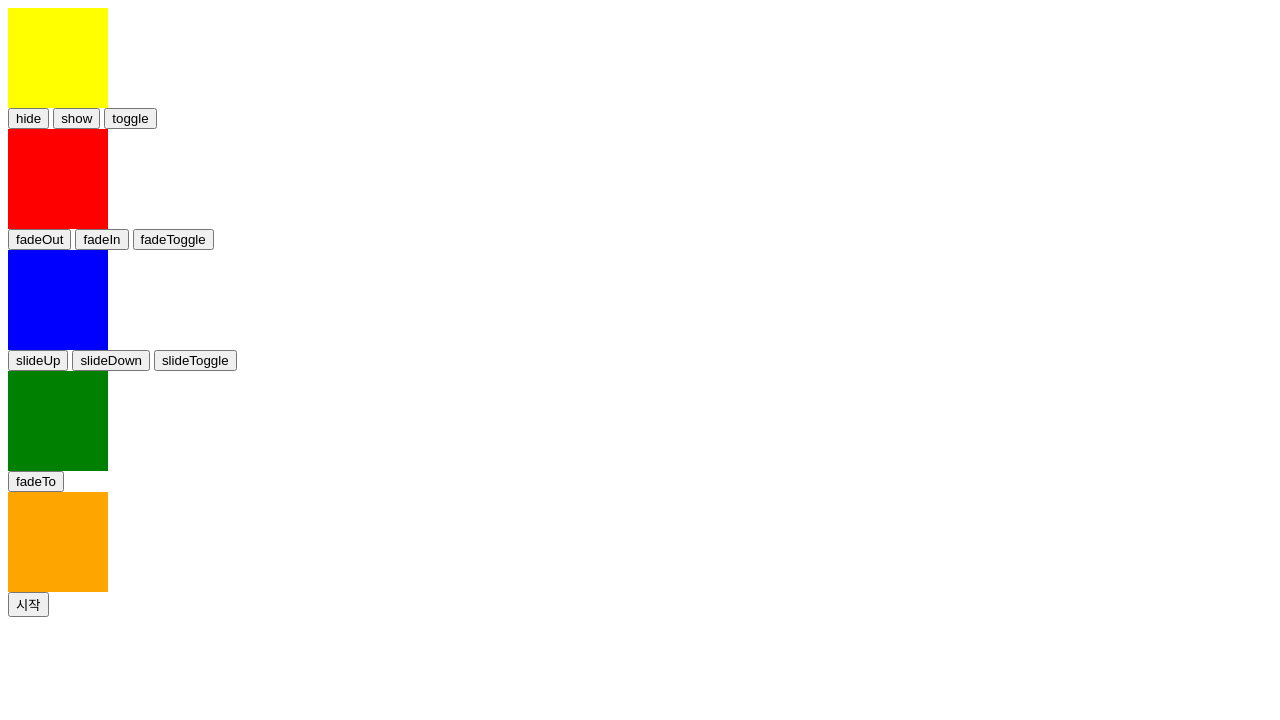
Repository: mjh1583/Hustar03_eGov
Page: http://localhost/JavaScript/js011.jsp
The author's editor kept a copy of each file at every save. The page is drawn from the files as they stood at one save, then again after the next save.
The browser window is 1280 px wide. The pictures show the whole page.
The page is served by Tomcat 9.

Above is the page before, as saved 2021-05-07 01:31:10.

### workspace/JavaScript/src/main/webapp/js011.jsp
<%@ page language="java" contentType="text/html; charset=UTF-8"
    pageEncoding="UTF-8"%>
<!DOCTYPE html>
<html>
<head>
	<meta charset="UTF-8">
	<title>animation</title>
</head>
<body>
	<div>
		<div id="div1" style="width: 100px; height: 100px; background-color: yellow;"></div>
		<input type="button" id="btn1_1" value="hide"/>
		<input type="button" id="btn1_2" value="show"/>
		<input type="button" id="btn1_3" value="toggle"/>
	</div>

	<div>
		<div id="div2" style="width: 100px; height: 100px; background-color: red;"></div>
		<input type="button" id="btn2_1" value="fadeOut"/>
		<input type="button" id="btn2_2" value="fadeIn"/>
		<input type="button" id="btn2_3" value="fadeToggle"/>
	</div>

	<div>
		<div id="div3" style="width: 100px; height: 100px; background-color: blue;"></div>
		<input type="button" id="btn3_1" value="slideUp"/>
		<input type="button" id="btn3_2" value="slideDown"/>
		<input type="button" id="btn3_3" value="slideToggle"/>
	</div>

	<div>
		<div id="div4" style="width: 100px; height: 100px; background-color: green;"></div>
		<input type="button" id="btn4_1" value="fadeTo"/>
	</div>

	<div>
		<div id="div5" style="width: 100px; height: 100px; background-color: orange;"></div>
		<input type="button" id="btn5_1" value="시작"/>
	</div>


	<script src="https://code.jquery.com/jquery-3.6.0.js"></script>
	<script type="text/javascript">
		$('#btn1_1').bind('click', function() {
			$('#div1').hide(1000); //1000 : 1초 만에 숨김
		});

		$('#btn1_2').bind('click', function() {
			$('#div1').show(2000);
		});

		$('#btn1_3').bind('click', function() {
			$('#div1').toggle(500);
		});

		/* fade--- : 서서히 사라지거나 나타남 */
		$('#btn2_1').bind('click', function() {
			$('#div2').fadeOut();
		});

		$('#btn2_2').bind('click', function() {
			$('#div2').fadeIn();
		});

		$('#btn2_3').bind('click', function() {
			$('#div2').fadeToggle();
		});

		/* slide--- : 미끄러지듯 사라지거나 나타남 */
		$('#btn3_1').bind('click', function() {
			$('#div3').slideUp();
		});

		$('#btn3_2').bind('click', function() {
			$('#div3').slideDown();
		});

		$('#btn3_3').bind('click', function() {
			$('#div3').slideToggle();
		});

		/* fadeTo : 어느정도 사라질지 직접 결정 */
		$('#btn4_1').bind('click', function() {
			$('#div4').fadeTo(1000, 0.5, function() { //time, opacity(투명도), function
				alert("완료되었습니다.");
			});
		});

		/* 깜박이게 만듦 */
		$('#btn5_1').bind('click', function() {
			fn_hide();
		});

		function fn_hide() {
			$('#div5').fadeTo(500, 0, function() {
				fn_show();
			})
		}

		function fn_show() {
			$('#div5').fadeTo(500, 1, function() {
				fn_hide();
			})
		}
	</script>
</body>
</html>

After the next save:
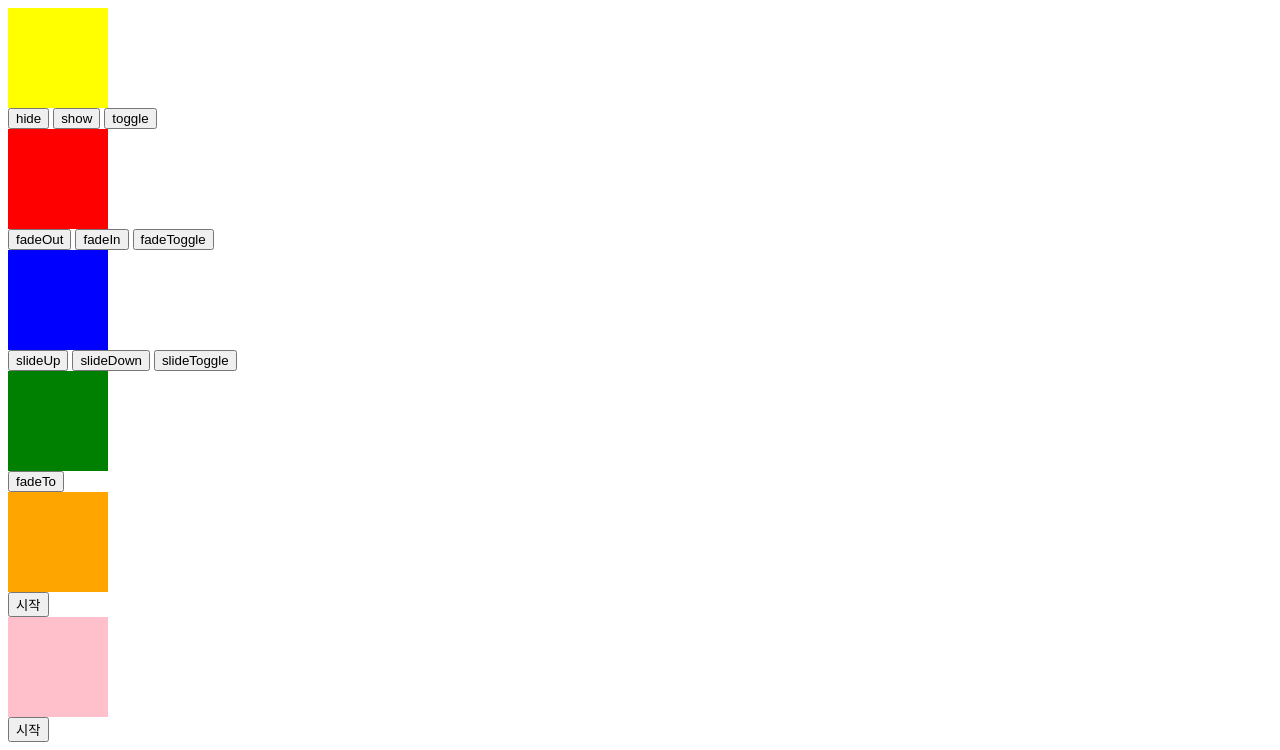
Saved 24 s later.
--- a/workspace/JavaScript/src/main/webapp/js011.jsp
+++ b/workspace/JavaScript/src/main/webapp/js011.jsp
@@ -37,6 +37,12 @@
 		<div id="div5" style="width: 100px; height: 100px; background-color: orange;"></div>
 		<input type="button" id="btn5_1" value="시작"/>
 	</div>
+
+	<div>
+		<div id="div6" style="width: 100px; height: 100px; background-color: pink;"></div>
+		<input type="button" id="btn6_1" value="시작"/>
+	</div>
+
 
 
 	<script src="https://code.jquery.com/jquery-3.6.0.js"></script>
